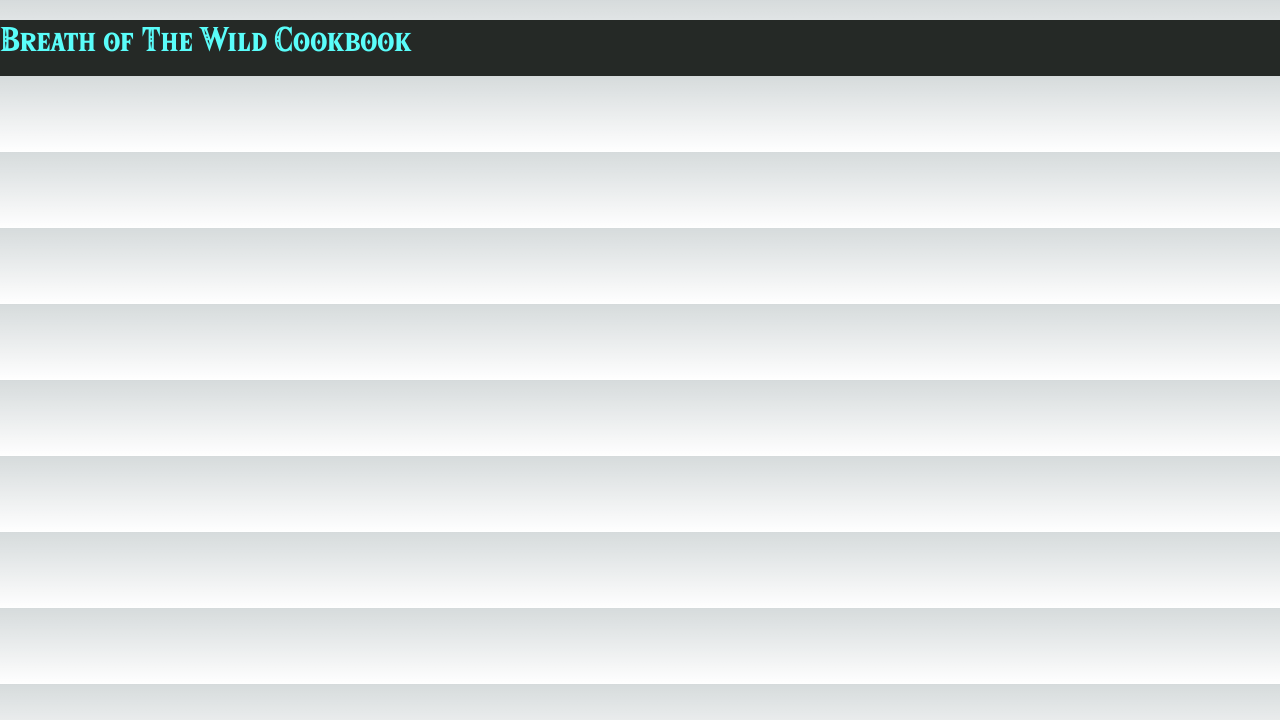
Repository: YanceMcFinn/Breath-of-The-Wild-Cookbook
Page: /
An editor plug-in stored every save of this project. The page is shown before and after the next save, followed by the edit.
The browser window is 1280 px wide. The pictures show the whole page.
The page's requests for data from a server got no answer. The project was rebuilt for these pictures with package versions that can differ from the ones it lists, and the page was loaded fresh each time. The framework's server and built-in components were replaced by stand-ins that run in the browser. No one was signed in, and anything a server would have sent is missing. Also part of the build but not shown: next.config.js, src/app/components/Card.tsx.

Above is the page before, as saved 2023-08-16 13:38:24.

After the next save:
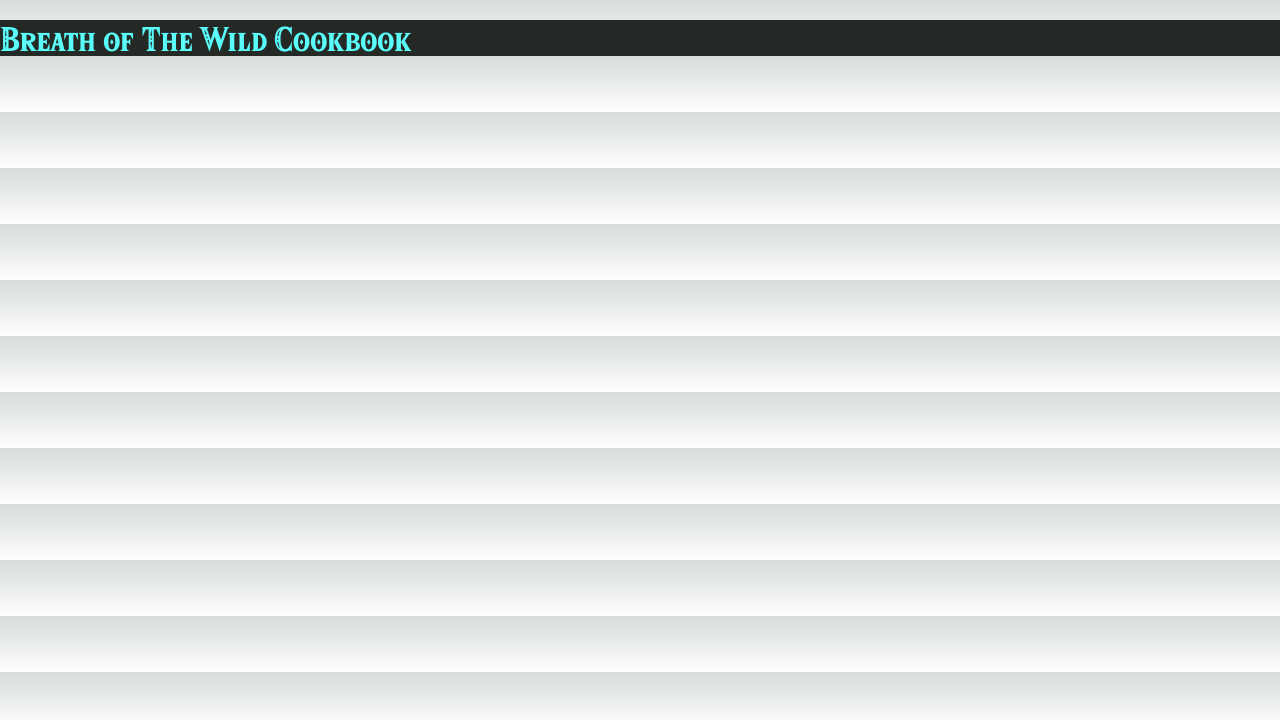
Saved 24 s later.
--- a/src/app/page.tsx
+++ b/src/app/page.tsx
@@ -21,7 +21,7 @@
   return (
     <main className='bg-sheikah-slate-bg'>
       <div>
-        <h1 className='hyliaFont text-3xl text-sheikah-slate-blue my-5'>Breath of The Wild Cookbook</h1>
+        <h1 className='hyliaFont text-3xl text-sheikah-slate-blue mt-5'>Breath of The Wild Cookbook</h1>
       </div>
       <div className='px-5'>
         <div className='grid grid-cols-3 gap-5 px-5'>
